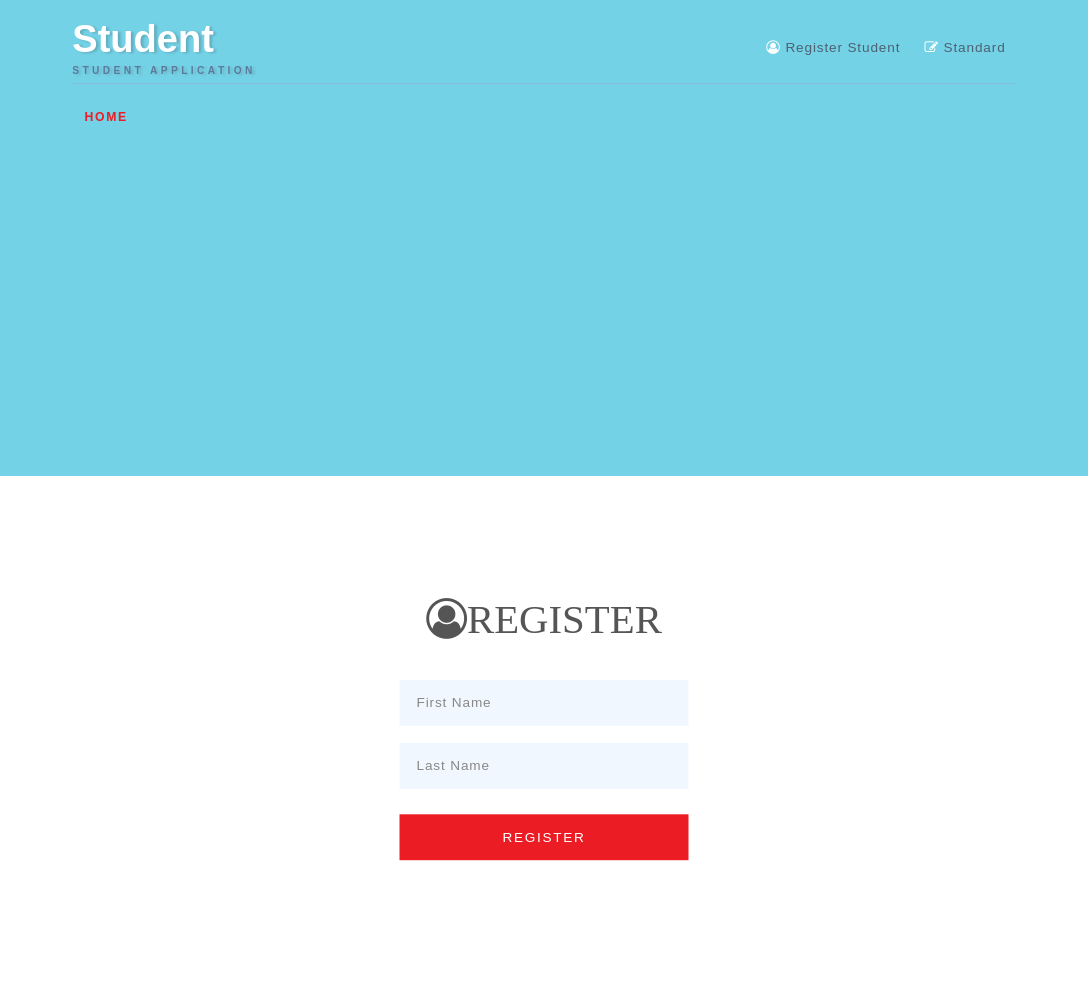
Repository: PallaviMadiya/Java-Framework-
Page: http://localhost/StudentApplication/register.jsp
The author's editor kept a copy of each file at every save. The page is drawn from the files as they stood at one save, then again after the next save.
The browser window is 1280 px wide. The pictures show the whole page, at 85% of full size.
Some web fonts or font styles are not loaded; a fallback is used. The page is served by Tomcat 9. Other server files are loaded and not shown.

Above is the page before, as saved 2023-10-17 12:44:37.

### StudentApplication/src/main/webapp/register.jsp
<%@ page language="java" contentType="text/html; charset=ISO-8859-1"
    pageEncoding="ISO-8859-1"%>
<!DOCTYPE html>
<html>
<head>
<meta charset="ISO-8859-1">
<title>Insert title here</title>
</head>
<body>
<%@include file="header.jsp" %>
 <!-- //banner-->
    <!--/login -->
    <section class="banner-bottom py-5">
        <div class="container">
            <div class="content-grid">
                <div class="text-center icon">
                    <span class="fa fa-user-circle-o">REGISTER</span>
                </div>
                <div class="content-bottom">

                    <form action="StudentController" method="post">
                        <div class="field-group">

                            <div class="content-input-field">
                                <input name="fname" id="text1" type="text" value="" placeholder="First Name" required="">
                            </div>
                        </div>
                        <div class="field-group">

                            <div class="content-input-field">
                                <input name="lname" id="text1" type="text" value="" placeholder="Last Name" required="">
                            </div>
                        </div>

                        <div class="content-input-field">
                            <button type="submit" class="btn" name="action" value="register">Register</button>
                        </div>

                    </form>
                </div>
            </div>
        </div>
    </section>
    <!-- /login -->
</body>
</html>

### StudentApplication/src/main/webapp/header.jsp
<%@ page language="java" contentType="text/html; charset=ISO-8859-1"
    pageEncoding="ISO-8859-1"%>
<!--
Author:W3layouts
Author URL: http://w3layouts.com
License: Creative Commons Attribution 3.0 Unported
License URL: http://creativecommons.org/licenses/by/3.0/
-->

<!DOCTYPE html>
<html lang="zxx">

<head>
    <title>Baggage Ecommerce Category Bootstrap Responsive Web Template | Home :: W3layouts</title>
    <!-- Meta tag Keywords -->
    <meta name="viewport" content="width=device-width, initial-scale=1">
    <meta charset="UTF-8" />
    <meta name="keywords" content="Baggage Responsive web template, Bootstrap Web Templates, Flat Web Templates, Android Compatible web template, Smartphone Compatible web template, free webdesigns for Nokia, Samsung, LG, SonyEricsson, Motorola web design" />
    <script>
        addEventListener("load", function() {
            setTimeout(hideURLbar, 0);
        }, false);

        function hideURLbar() {
            window.scrollTo(0, 1);
        }
    </script>
    <!-- //Meta tag Keywords -->
    <!-- Custom-Files -->
    <link rel="stylesheet" href="css/bootstrap.css">
    <!-- Bootstrap-Core-CSS -->
    <link rel="stylesheet" href="css/style.css" type="text/css" media="all" />
    <!-- Style-CSS -->
    <!-- font-awesome-icons -->
    <link href="css/font-awesome.css" rel="stylesheet">
    <!-- //font-awesome-icons -->
    <!-- /Fonts -->
    <link href="//fonts.googleapis.com/css?family=Hind:300,400,500,600,700" rel="stylesheet">
    <!-- //Fonts -->

</head>

<body>
    <div class="main-sec">
        <!-- //header -->
        <header class="py-sm-3 pt-3 pb-2" id="home">
            <div class="container">
                <!-- nav -->
                <div class="top-w3pvt d-flex">
                    <div id="logo">
                        <h1> <a href="index.jsp"><span class="log-w3pvt">Student</a> <label class="sub-des">Student Application</label></h1>
                    </div>

                    <div class="forms ml-auto">
                        <a href="register.jsp" class="btn"><span class="fa fa-user-circle-o"></span> Register Student</a>
                        <a href="stadard.jsp" class="btn"><span class="fa fa-pencil-square-o"></span> Standard</a>
                    </div>
                </div>
                <div class="nav-top-wthree">
                    <nav>
                        <label for="drop" class="toggle"><span class="fa fa-bars"></span></label>
                        <input type="checkbox" id="drop" />
                        <ul class="menu">
                            <li class="active"><a href="index.jsp">Home</a></li>

                        </ul>
                    </nav>
                    <!-- //nav -->
                    <div class="clearfix"></div>
                </div>
            </div>
        </header>
        <!-- //header -->

       </div>
  </body>
  </html>

Loaded but not shown: StudentApplication/src/main/webapp/css/bootstrap.css (library); StudentApplication/src/main/webapp/css/font-awesome.css (library); StudentApplication/src/main/webapp/css/style.css (1690 lines, source omitted)

After the next save:
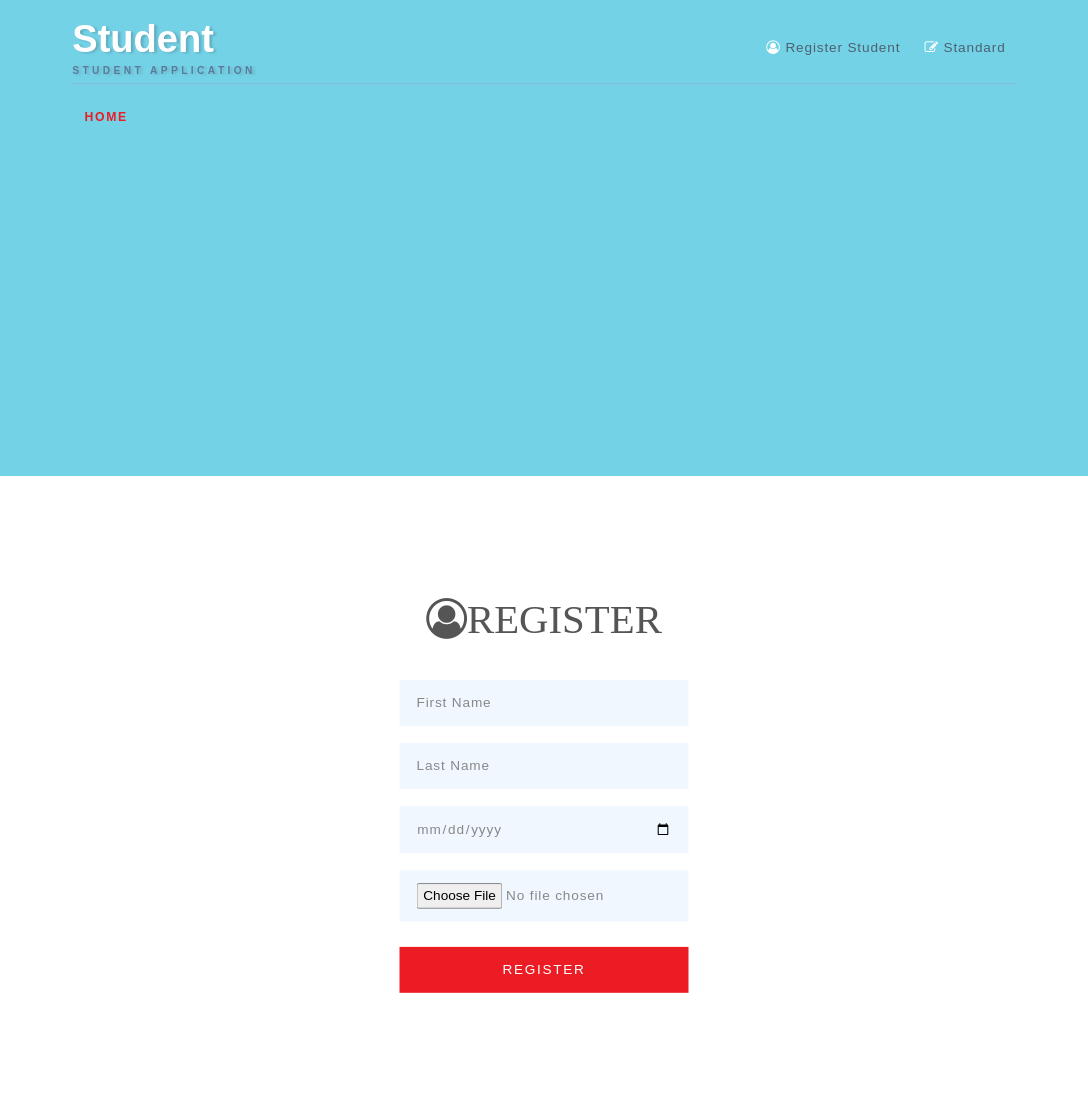
Saved 10 min 0 s later.
--- a/StudentApplication/src/main/webapp/register.jsp
+++ b/StudentApplication/src/main/webapp/register.jsp
@@ -19,18 +19,31 @@
                 <div class="content-bottom">
 
                     <form action="StudentController" method="post">
+
                         <div class="field-group">
-
                             <div class="content-input-field">
                                 <input name="fname" id="text1" type="text" value="" placeholder="First Name" required="">
                             </div>
                         </div>
+
                         <div class="field-group">
-
                             <div class="content-input-field">
                                 <input name="lname" id="text1" type="text" value="" placeholder="Last Name" required="">
                             </div>
                         </div>
+
+                        <div class="field-group">
+                            <div class="content-input-field">
+                                <input name="dob" id="text1" type="date" value="" placeholder="Date Of Birth" required="">
+                            </div>
+                        </div>
+
+                        <div class="field-group">
+                            <div class="content-input-field">
+                                <input name="image" id="text1" type="file" value="" placeholder="Student Image" required="">
+                            </div>
+                        </div>
+
 
                         <div class="content-input-field">
                             <button type="submit" class="btn" name="action" value="register">Register</button>
